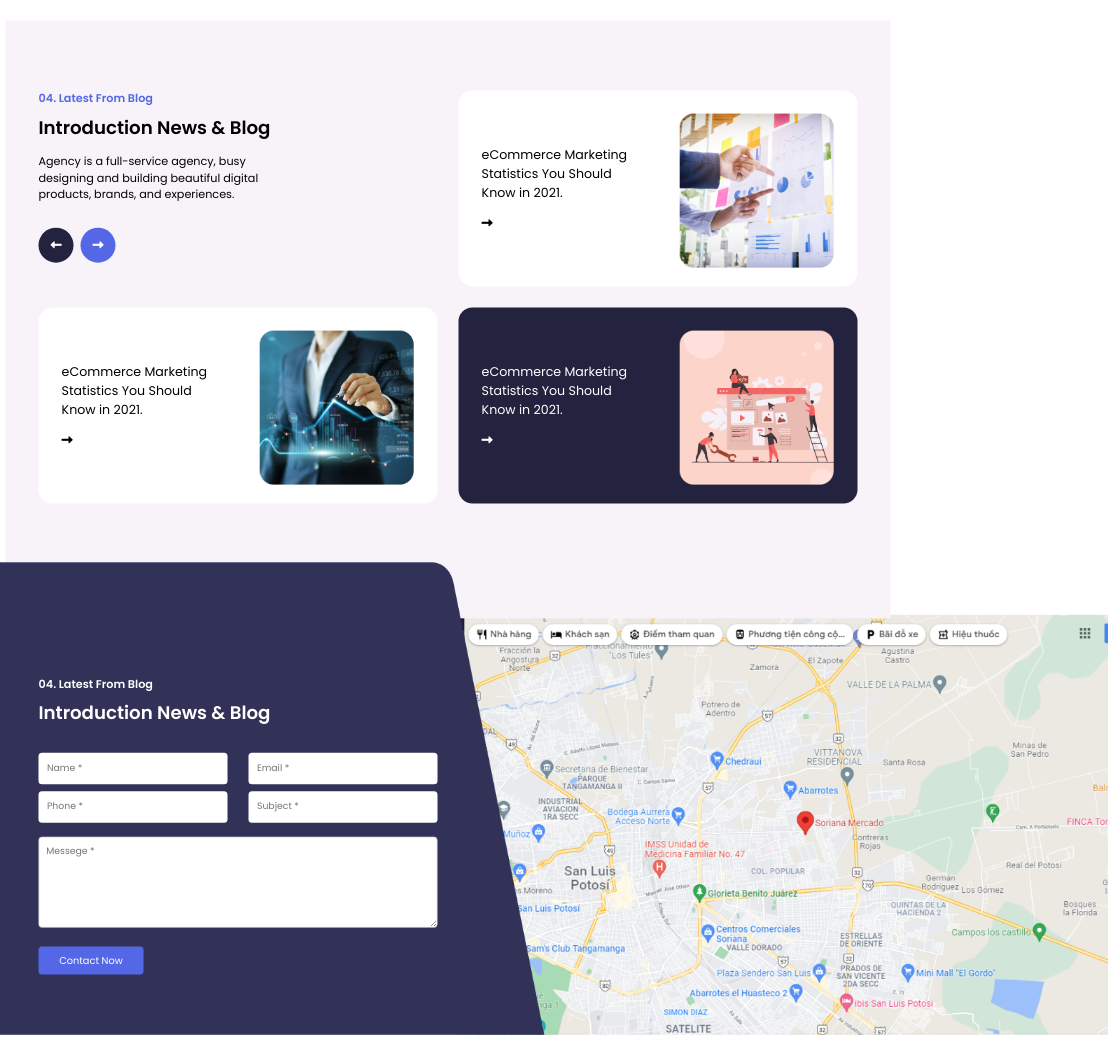
Repository: tranchi0120/LangdingPage-Htmlcss-Ago
Page: index.html
An editor plug-in stored every save of this project. The page is shown before and after a run of saves, followed by the edit.
The browser window is 1280 px wide. The page is 1583 px wide, so the pictures cover 1583 px, including what lies to the right of the window. The pictures show the part of the page from y = 3465 to 5025 px (the page is 4959 px tall before and 5025 px after), at 70% of full size.
Some web libraries are served in a nearby version. The style sheet was rebuilt from its Sass, Less or Tailwind sources for each picture, by a compiler version that may differ from the author's.

Above is the page before, as saved 2022-07-15 10:29:51.

### index.html
<!DOCTYPE html>
<html lang="en">

<head>
    <meta charset="UTF-8" />
    <meta http-equiv="X-UA-Compatible" content="IE=edge" />
    <meta name="viewport" content="width=device-width, initial-scale=1.0" />
    <title>Ago</title>
    <!-- css -->
    <link rel="stylesheet" href="./css/app.css" />
    <!-- google font  -->
    <link rel="preconnect" href="https://fonts.googleapis.com" />
    <link rel="preconnect" href="https://fonts.gstatic.com" crossorigin />
    <link href="https://fonts.googleapis.com/css2?family=Poppins:wght@400;600&display=swap" rel="stylesheet" />
    <!-- google icon awaresome -->
    <link rel="stylesheet" href="https://cdnjs.cloudflare.com/ajax/libs/font-awesome/6.1.1/css/all.min.css">
    <!-- sass ./sass/app.scss ./css/app.css --watch -->
</head>

<body>
    <header class="header">
        <div class="header-top container">
            <span class="header-top-title">
                Welcome to Ago! Building Creative Business Agency
            </span>
            <div class="header-top-right">
                <div class="header-login">
                    <i class="fa-solid fa-user"></i>
                    <a href="#!" style="color:#666666">Login</a>
                </div>
                <div class="header-nation">
                    <i class="fa-solid fa-globe"></i>
                    <span class="header-language">English</span>
                    <i class="fa-solid fa-angle-down"></i>
                </div>
            </div>
        </div>
        <div class="header-line">
        </div>
        <div class="header-under container">
            <div class="header-under-logo">
                <div class="header-under-image">
                    <img class="header-under-img" src="./images/logo.png" alt="#">
                </div>
                <span class="header-under-name">Ago</span>
            </div>
            <div class="header-menu">
                <ul class="menu">
                    <li class="menu-item">
                        <a href="#" class="menu-link">Home</a>
                    </li>
                    <li class="menu-item">
                        <a href="#" class="menu-link">Features</a>
                        <i class="fa-solid fa-angle-down"></i>
                    </li>
                    <li class="menu-item">
                        <a href="#" class="menu-link">Services</a>
                    </li>
                    <li class="menu-item">
                        <a href="#" class="menu-link">Pages</a>
                    </li>
                    <li class="menu-item">
                        <a href="#" class="menu-link">Blog</a>
                    </li>
                    <li class="menu-item">
                        <a href="#" class="menu-link">Support</a>
                    </li>
                </ul>
                <div class="menu-button">
                    <i class="fa-solid fa-magnifying-glass menu-icon"></i>
                    <div class="button">Contact Us</div>
                </div>
            </div>
        </div>
    </header>
    <main>
        <section class="hero">
            <div class="container">
                <div class="hero-main">
                    <div class="hero-left">
                        <div class="hero-title">
                            Trusted Professional Service.
                        </div>
                        <span class="hero-content">
                            Ago is a full-service agency, busy designing and building beautiful digital products,
                            brands, and
                            experiences.
                        </span>
                        <div class="hero-button">
                            <div class="button">Recent Work</div>
                        </div>
                        <div class="hero-down">
                            <div class="hero-icondown">
                                <i style="color:#ffffff ;" class="fa-solid fa-arrow-down"></i>
                            </div>
                            <p class="hero-scroll">
                                Scroll Down
                            </p>
                        </div>
                    </div>
                    <div class="hero-right">
                        <img src="./images/hero.png" alt="#">
                    </div>
                </div>
            </div>
        </section>
        <section class="about">
            <div class="container">
                <div class="about-main">
                    <div class="about-images">
                        <img src="./images/about1.png" alt="#" class="about-img1">
                        <img src="./images/about2.png" alt="#" class="about-img2">
                        <img src="./images/about3.png" alt="#" class="about-img3">
                    </div>
                    <div class="about-us">
                        <h5 class="about-number">
                            01. About Us
                        </h5>
                        <div class="about-title">
                            We Make Designs that Lead and Inpire.
                        </div>
                        <div class="about-name">
                            A design team building a created
                            marketplace for UI designers.
                        </div>
                        <div class="about-content">
                            2,360 curated design resources to energize your creative workflow. We're a growing family of
                            682,268 designers and makers from around the world
                        </div>
                        <div class="menu-button">
                            <div class="button">Contact Us</div>
                        </div>
                    </div>
                </div>
            </div>
        </section>
        <section class="interactive">
            <div class="container">
                <div class="interactive-main">
                    <h5 class="interactive-number">
                        02. What We Do
                    </h5>
                    <div class="interactive-title">
                        <span class="interactive-name">
                            We Make Designs that Lead and Inpire.
                        </span>
                        <i class="fa-solid fa-left-long interactive-iconleft"></i>
                        <i class="fa-solid fa-right-long"></i>
                    </div>
                    <div class="interactive-group">
                        <div class="interactive-box">
                            <div class="row-circle">
                                <img class="row-img" src="./images/row1.png" alt="#">
                                <h2 class="row-number">
                                    26k
                                </h2>
                                <span class="row-title">
                                    Happy Clients
                                </span>
                            </div>
                            <div class="row-circle2">
                                <img class="row-img" src="./images/row2.png" alt="#">
                                <h2 class="row-number2">
                                    76k
                                </h2>
                                <span class="row-title2">
                                    Project Done
                                </span>
                                <span class="row-content2">
                                    Lorem ipsum dolor sit amet, consectetur adipiscing elit. Mauris sapien egestas augue
                                    enim amet scelerisque.
                                </span>
                            </div>
                            <div class="row-circle">
                                <img class="row-img" src="./images/row3.png" alt="#">
                                <h2 class="row-number">
                                    20k
                                </h2>
                                <span class="row-title">
                                    AWARDS WON
                                </span>
                            </div>
                            <div class="row-circle">
                                <img class="row-img" src="./images/row4.png" alt="#">
                                <h2 class="row-number">
                                    20k
                                </h2>
                                <span class="row-title">
                                    DAILY DATA INPUT
                                </span>
                            </div>
                        </div>
                    </div>
                </div>
            </div>
        </section>
        <section class="service">
            <div class="container">
                <h5 class="service-number">
                    03. Our Services
                </h5>
                <div class="service-title">
                    <span class="service-name">
                        Welcome to Our Professional Service
                    </span>
                </div>
                <div class="service-main">
                    <div class="service-left">
                        <h2 class="service-left-title">
                            Professional Website
                            Design Consulting
                        </h2>
                        <p class="service-left-content">
                            Agency is a full-service agency, busy designing and building beautiful digital products,
                            brands, and experiences.
                        </p>
                        <div class="menu-button">
                            <div class="button">View Detail</div>
                        </div>
                        <div class="service-left-images">
                            <img src="./images/service1.png" alt="#" class="service-left-img">
                            <img src="./images/service2.png" alt="#" class="service-left-img">
                            <img src="./images/service3.png" alt="#" class="service-left-img">
                        </div>
                    </div>
                    <div class="service-right">
                        <img src="./images/service4.png" alt="#" class="service-right-img">
                    </div>
                </div>
                <div class="service-bottom">
                    <div class="service-box">
                        <div class="service-box-imgs">
                            <img src="./images/logo1.png" alt="#" class="service-box-img">
                        </div>
                        <div class="service-box-text">
                            <h2 class="service-box-title">CREATIVE</h2>
                            <p class="service-box-slogan">YOUR SLOGAN HERE</p>
                        </div>
                    </div>
                    <div class="service-box">
                        <div class="service-box-imgs">
                            <img src="./images/logo2.png" alt="#" class="service-box-img">
                        </div>
                        <div class="service-box-text">
                            <h2 class="service-box-title">CREATIVE</h2>
                            <p class="service-box-slogan">YOUR SLOGAN HERE</p>
                        </div>
                    </div>
                    <div class="service-box">
                        <div class="service-box-imgs">
                            <img src="./images/logo3.png" alt="#" class="service-box-img">
                        </div>
                        <div class="service-box-text">
                            <h2 class="service-box-title">COMPANY</h2>
                            <p class="service-box-slogan">YOUR SLOGAN HERE</p>
                        </div>
                    </div>
                    <div class="service-box">
                        <div class="service-box-imgs">
                            <img src="./images/logo4.png" alt="#" class="service-box-img">
                        </div>
                        <div class="service-box-text">
                            <h2 class="service-box-title">CREATIVE</h2>
                            <p class="service-box-slogan">YOUR SLOGAN HERE</p>
                        </div>
                    </div>
                    <div class="service-box">
                        <div class="service-box-imgs">
                            <img src="./images/logo5.png" alt="#" class="service-box-img">
                        </div>
                        <div class="service-box-text">
                            <h2 class="service-box-title">COMPANY</h2>
                            <p class="service-box-slogan">YOUR SLOGAN HERE</p>
                        </div>
                    </div>
                    <div class="service-box">
                        <div class="service-box-imgs">
                            <img src="./images/logo6.png" alt="#" class="service-box-img">
                        </div>
                        <div class="service-box-text">
                            <h2 class="service-box-title">CREATIVE</h2>
                            <p class="service-box-slogan">YOUR SLOGAN HERE</p>
                        </div>
                    </div>
                </div>
            </div>
        </section>
        <section class="latest">
            <div class="container">
                <div class="latest-main">
                    <div class="latest-group">
                        <h5 class="latest-number">
                            04. Latest From Blog
                        </h5>
                        <span class="latest-title">
                            Introduction News & Blog
                        </span>
                        <p class="latest-content">
                            Agency is a full-service agency, busy designing and building beautiful digital products,
                            brands, and experiences.
                        </p>
                        <div class="latest-icon">
                            <div class="latest-icon-left">
                                <i class="fa-solid fa-left-long"></i>
                            </div>
                            <div class="latest-icon-right">
                                <i class="fa-solid fa-right-long"></i>
                            </div>
                        </div>
                    </div>
                    <div class="latest-groups">
                        <div class="latest-box">
                            <p class="latest-text">
                                eCommerce Marketing
                                Statistics You Should
                                Know in 2021.
                            </p>
                            <i class="fa-solid fa-right-long"></i>
                        </div>
                        <div class="latest-image">
                            <img src="./images/latest1.png" alt="#" class="latest-img">
                        </div>
                    </div>
                    <div class="latest-groups">
                        <div class="latest-box">
                            <p class="latest-text">
                                eCommerce Marketing
                                Statistics You Should
                                Know in 2021.
                            </p>
                            <i class="fa-solid fa-right-long"></i>
                        </div>
                        <div class="latest-image">
                            <img src="./images/latest2.png" alt="#" class="latest-img">
                        </div>
                    </div>
                    <div class="latest-groups3">
                        <div class="latest-box3">
                            <p class="latest-text3">
                                eCommerce Marketing
                                Statistics You Should
                                Know in 2021.
                            </p>
                            <i class="fa-solid fa-right-long"></i>
                        </div>
                        <div class="latest-image">
                            <img src="./images/latest3.png" alt="#" class="latest-img">
                        </div>
                    </div>
                </div>
            </div>
        </section>
        <section class="contact">

            <div class="container">
                <img class="contact-background" src="./images/background.png" alt="#">
                <div class="contact-main">
                    <div class="contact-left">
                        <h5 class="contact-left-number">
                            04. Latest From Blog
                        </h5>
                        <span class="contact-left-title">
                            Introduction News & Blog
                        </span>
                        <div class="contact-left-import">
                            <input class="contact-left-input" type="text" placeholder="Name *">
                            <input class="contact-left-input" type="text" placeholder="Email *">
                            <input class="contact-left-input" type="text" placeholder="Phone *">
                            <input class="contact-left-input" type="text" placeholder="Subject *">
                        </div>
                        <textarea class="contact-left-textarea" name="text" id="#" cols="30" rows="10"
                            placeholder="Messege *"></textarea>
                        <div class="menu-button">
                            <div class="button">Contact Now</div>
                        </div>
                    </div>
                    <div class="contact-right">
                        <img class="contact-right-img" src="./images/map.png" alt="#">
                    </div>
                </div>
            </div>
        </section>
    </main>
    <footer>
    </footer>
</body>

</html>

### sass/app.scss
@import "global";
@import "header";
@import "menu";
@import "variable";
@import "hero";
@import "about";
@import "interactive";
@import "row";
@import "service";
@import "latest";
@import "contact";

### sass/_global.scss
.container {
    max-width: 1170px;
    margin: 0 auto;
}
.body {
    background: #ffffff;
}
* {
    box-sizing: border-box;
    font-family: "Poppins", sans-serif;
}
a {
    text-decoration: none;
}
ul {
    list-style-type: none !important;
}
.button {
    border: none;
    padding: auto;
    width: 150px;
    background: #5468e7;
    height: 40px;
    text-align: center;
    justify-content: center;
    padding: 7px;
    border-radius: 5px;
    color: white;
    font-size: 14px;
    line-height: 21px;
    padding: 10px;
}

### sass/_menu.scss
.menu {
    height: 24px;
    width: 550px;
    display: flex;
    justify-content: space-between;
    align-items: center;
    // gap: 40px;
    &-button {
        display: flex;
        gap: 29px;
    }
    &-icon {
        width: 18px;
        display: inline-block;
        padding-top: 15px;
        color: #666666;
    }

    &-link {
        color: #000000;
        font-weight: 400;
        font-size: 16px;
        line-height: 24px;
    }
}

### sass/_variable.scss
$font: "Poppins", sans-serif;
$color1: #232340;
$color2: #323259;
$color-btn: #5468e7;
$black: #222222;
$white: #ffffff;

### sass/_hero.scss
.hero {
    height: 800px;
    margin-top: 55px;
    &-main {
        display: flex;

        align-items: center;
    }
    &-title {
        width: 260px;
        line-height: 60px;
        font-weight: 600;
        font-size: 40px;
        margin-bottom: 23px;
    }
    &-content {
        height: 46px;
        width: 317px;
        font-weight: 400;
        font-size: 16px;
        display: inline-block;
        margin-bottom: 60px;
        margin-right: 147px;
    }
    &-down {
        margin-top: 114px;
        display: flex;
        gap: 9px;
    }
    &-icondown {
        border-radius: 50%;
        width: 45px;
        height: 45px;
        text-align: center;
        padding: 13px;
        background: #c897e4;
    }
}

### sass/_interactive.scss
.interactive {
    background: #f7f3f8;
    height: 752px;
    &-number {
        margin-bottom: 10px;
        margin-top: 100px;
        display: inline-block;
        color: #5468e7;
        font-size: 16px;
        line-height: 24px;
        font-weight: 600;
    }
    &-name {
        display: inline-block;
        line-height: 39px;
        font-size: 26px;
        font-weight: 600;
        margin-bottom: 75px;
    }
    &-iconleft {
        margin-right: 19px;
        margin-left: 594px;
    }
    &-box {
        max-height: 360px;
        background: white;
        display: grid;
        grid-template-columns: repeat(4, 1fr) !important;
        border-radius: 30px;
    }
}

### sass/_contact.scss
.contact {
    &-main {
        display: flex;
        gap: 23px;
    }
    &-background {
        width: 1123px;
        margin-left: -400px;
        margin-top: -80px;
    }
    &-left {
        margin-top: -520px;
        &-number {
            margin-bottom: 10px;
            margin-top: 0;
            font-weight: 600;
            line-height: 24px;
            color: white;
            font-size: 16px;
        }
        &-title {
            display: block;
            font-size: 26px;
            line-height: 39px;
            font-weight: 600;
            margin-bottom: 25px;
            color: white;
            margin-bottom: 37px;
        }
        &-input {
            padding: 12px;
            border-radius: 5px;
            height: 45px;
            width: 270px;
            border: none;
        }
        &-import {
            width: 570px;
            display: grid;
            grid-template-columns: repeat(2, 1fr);
            gap: 10px 30px;
        }
        &-textarea {
            padding: 10px;
            border-radius: 5px;
            border: 1px solid #cccccc;
            height: 130px;
            width: 570px;
            margin-top: 20px;
            margin-bottom: 20px;
        }
    }

    &-right {
        z-index: -1;
        margin-top: -607px;
    }
}

Loaded but not shown: sass/_service.scss (94 lines, source omitted); sass/_latest.scss (87 lines, source omitted); sass/_about.scss (57 lines, source omitted); sass/_row.scss (51 lines, source omitted); sass/_header.scss (47 lines, source omitted)

After the next 2 saves:
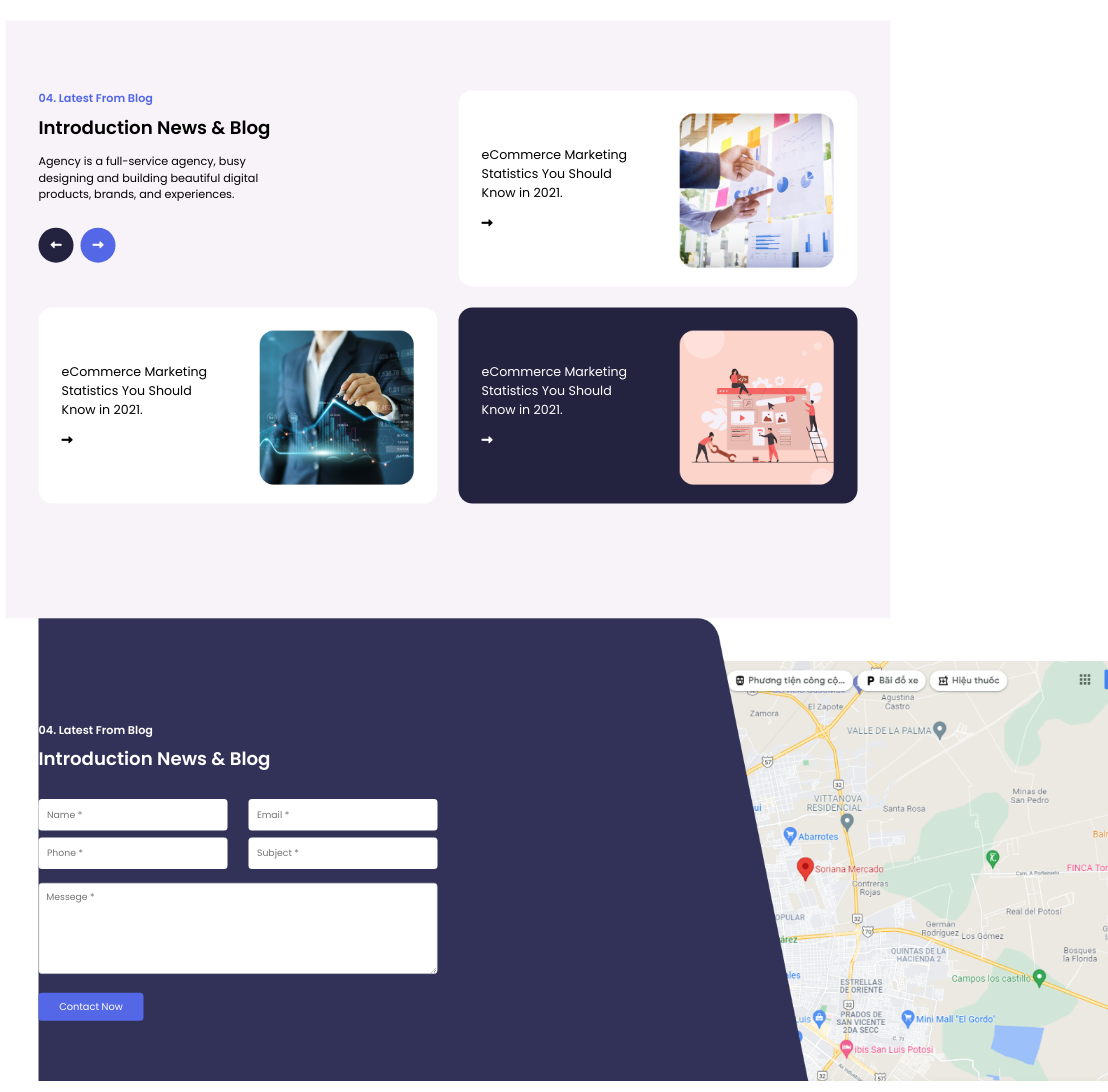
The 2 saves are shown as one change because they came seconds apart.
The last was saved 18 s later.
--- a/sass/_contact.scss
+++ b/sass/_contact.scss
@@ -3,11 +3,11 @@
         display: flex;
         gap: 23px;
     }
-    &-background {
-        width: 1123px;
-        margin-left: -400px;
-        margin-top: -80px;
-    }
+    // &-background {
+    //     width: 1123px;
+    //     margin-left: -400px;
+    //     margin-top: -80px;
+    // }
     &-left {
         margin-top: -520px;
         &-number {
